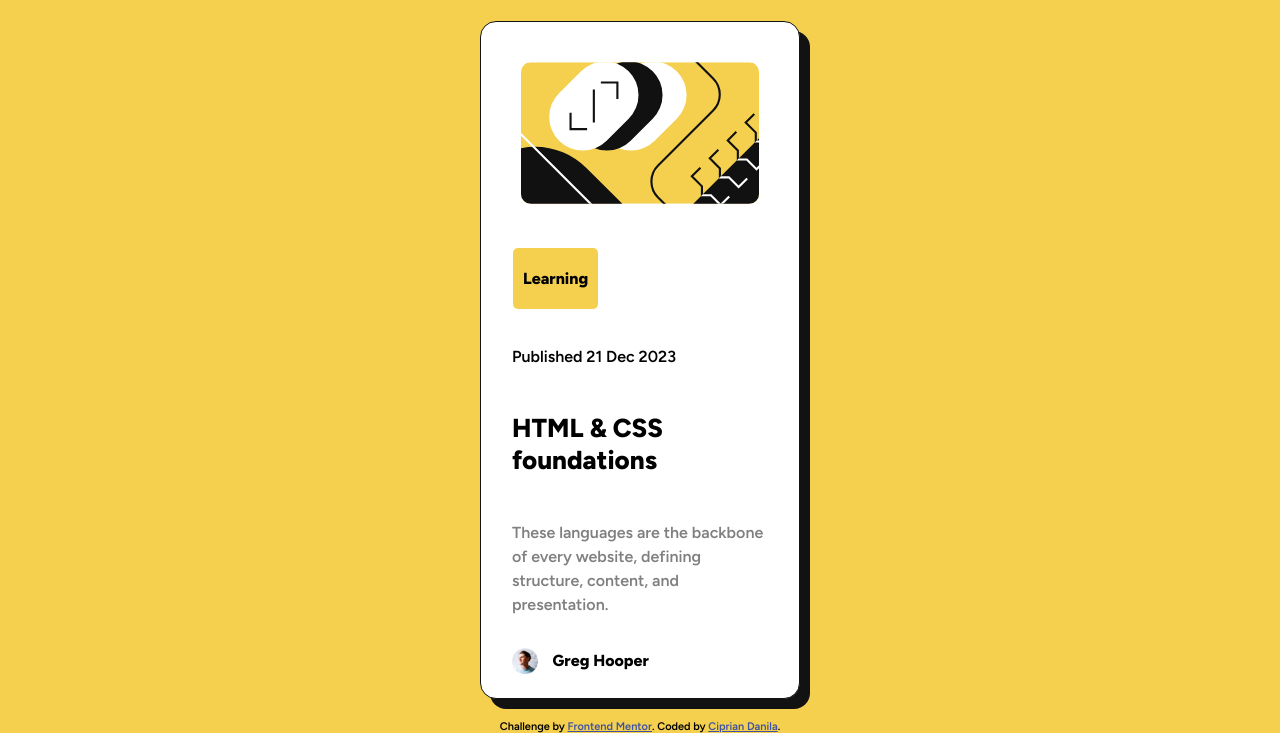
Repository: cipdanila/blog-preview-card
Page: index.html
The author's editor kept a copy of each file at every save. The page is drawn from the files as they stood at one save, then again after the next save.
The browser window is 1280 px wide. The pictures show the whole page.

Above is the page before, as saved 2024-01-28 14:04:55.

After the next save:
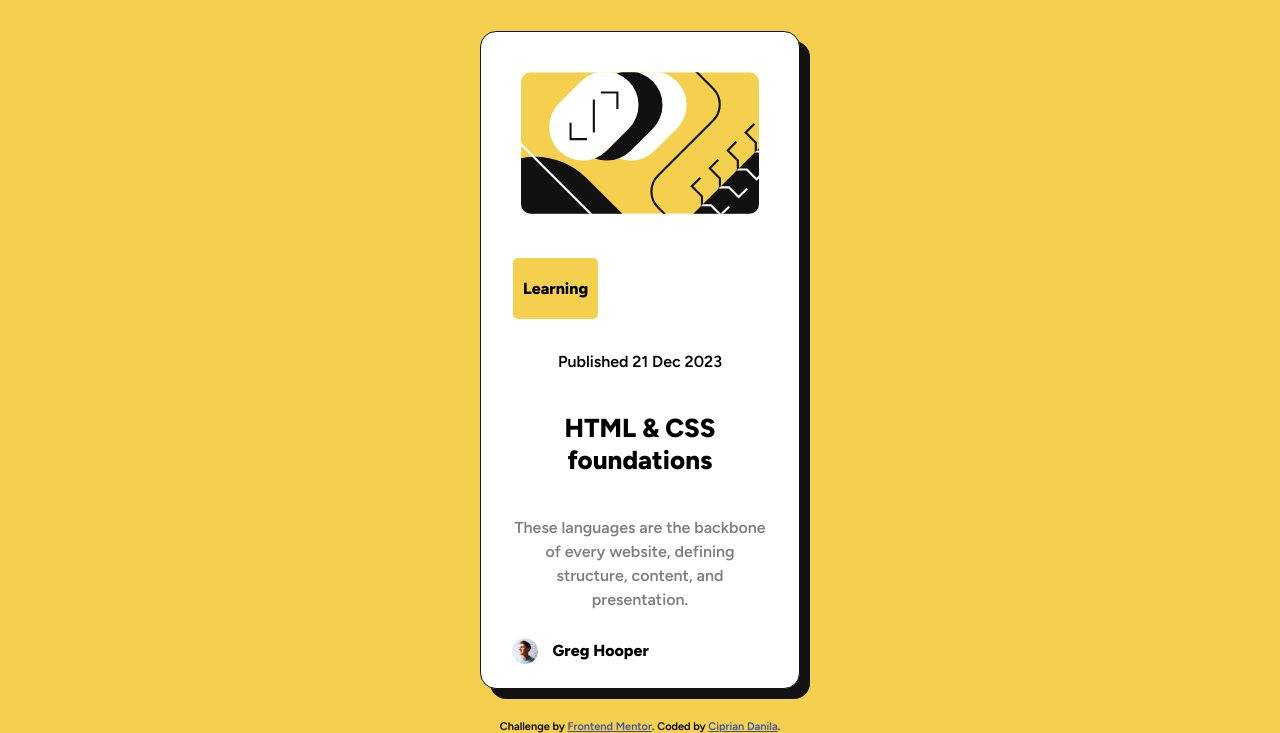
Saved 25 s later.
--- a/style.css
+++ b/style.css
@@ -56,9 +56,7 @@
 }
 
 .text-card {
-    display: flex;
-    flex-direction: column;
-    align-self: start;
+    text-align: center;
 }
 
 .learning {
